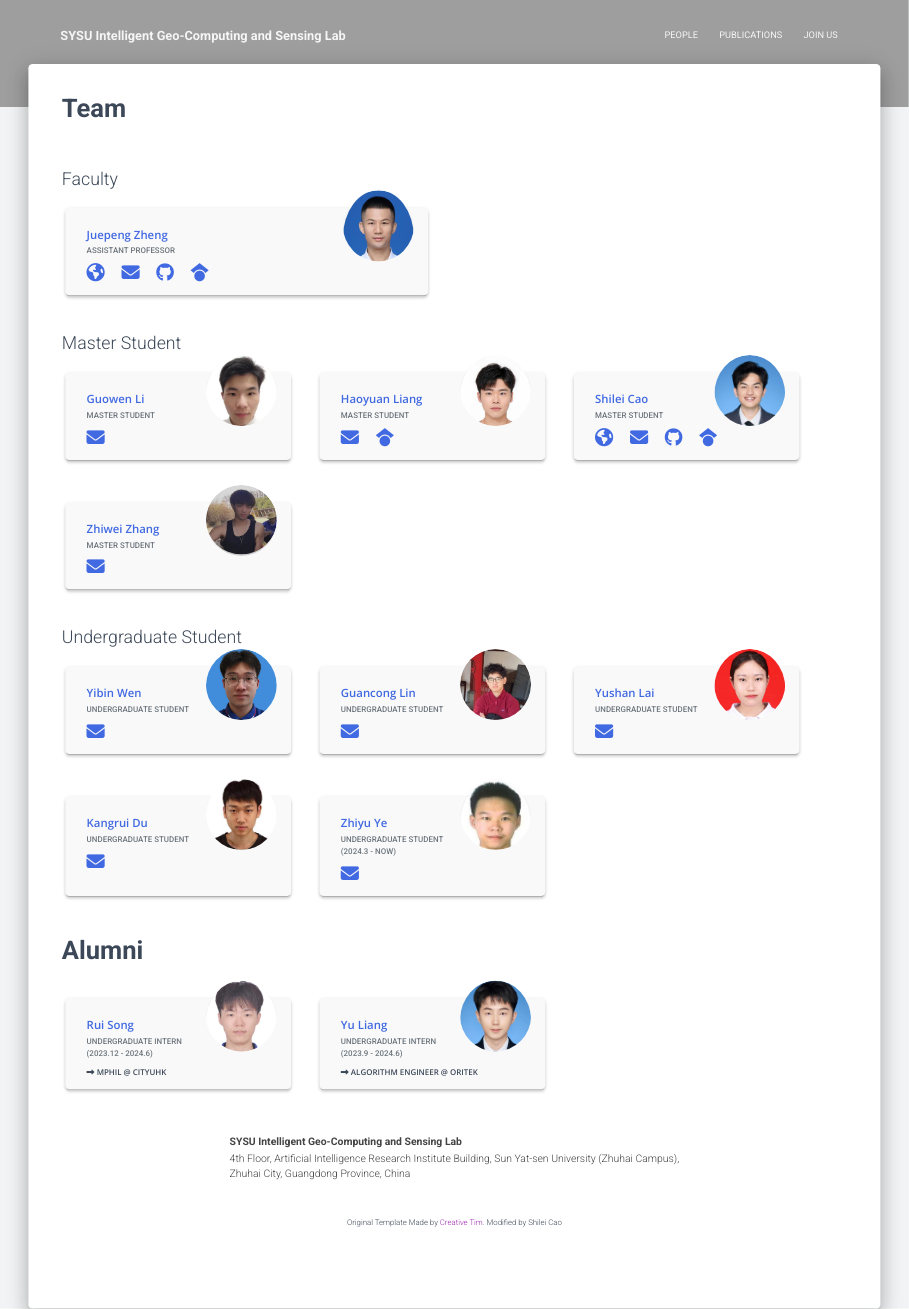
Repository: rssysu/rssysu.github.io
Page: people.html
An editor plug-in stored every save of this project. The page is shown before and after the next save, followed by the edit.
The browser window is 1280 px wide. The pictures show the whole page, at 71% of full size.
Pictures or frames that could not be fetched are drawn as grey boxes. Some web libraries are served in a nearby version.

Above is the page before, as saved 2025-03-18 20:47:55.

After the next save:
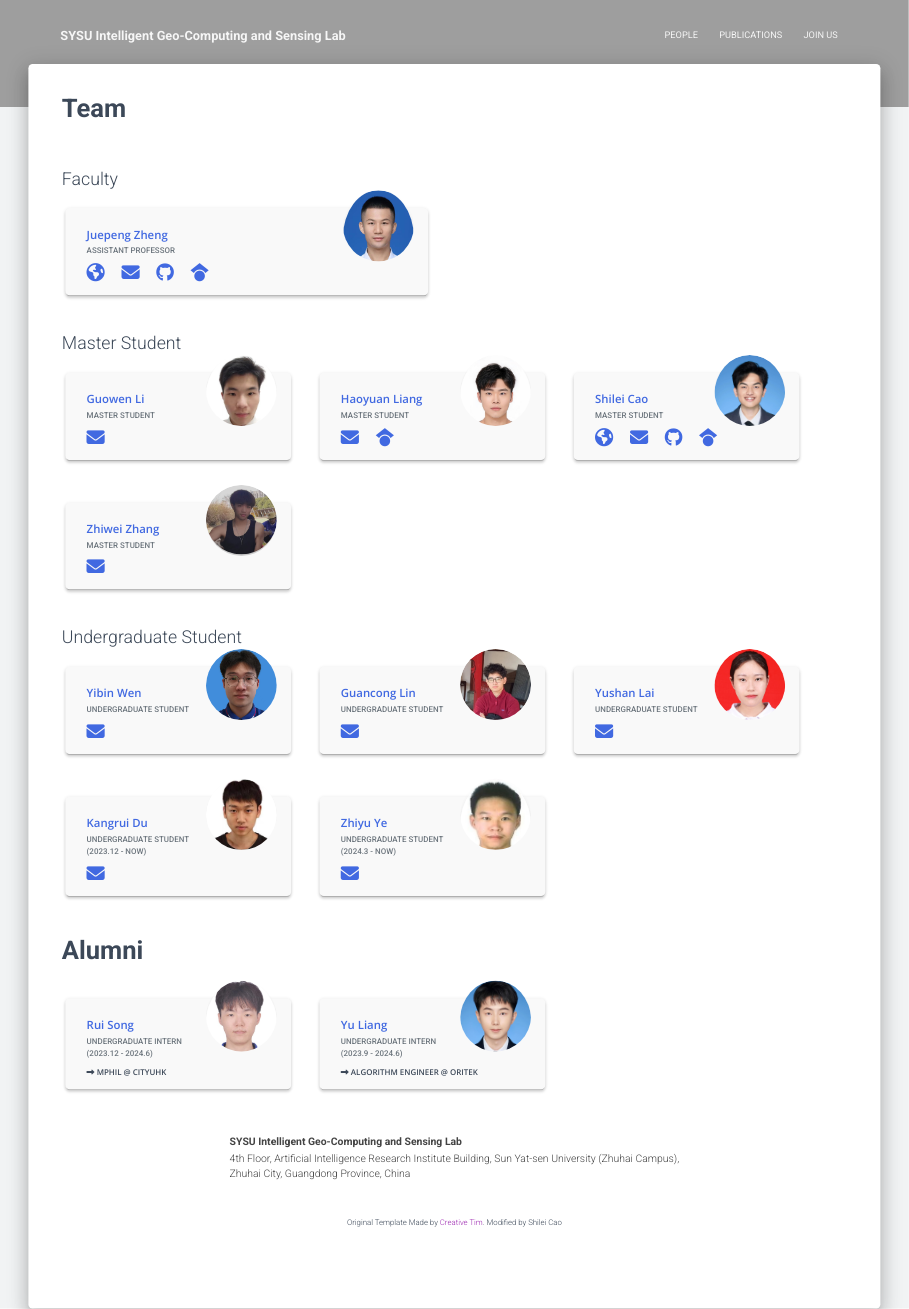
Saved 30 s later.
--- a/people.html
+++ b/people.html
@@ -197,7 +197,7 @@
                               </div>
                           </div>
                           <h4 class="card-title"> <a href="./assets/resume/dkr.html" target="_blank"> Kangrui Du </a></h4>
-                          <h6 class="card-subtitle mb-2 text-muted">Undergraduate Student</h6>
+                          <h6 class="card-subtitle mb-2 text-muted">Undergraduate Student (2023.12 - Now)</h6>
 
                             <a href="mailto:dukr6@mail2.sysu.edu.cn" class="card-link"><i class="fa fa-envelope fa-2x" aria-hidden="true"></i></a>
 
